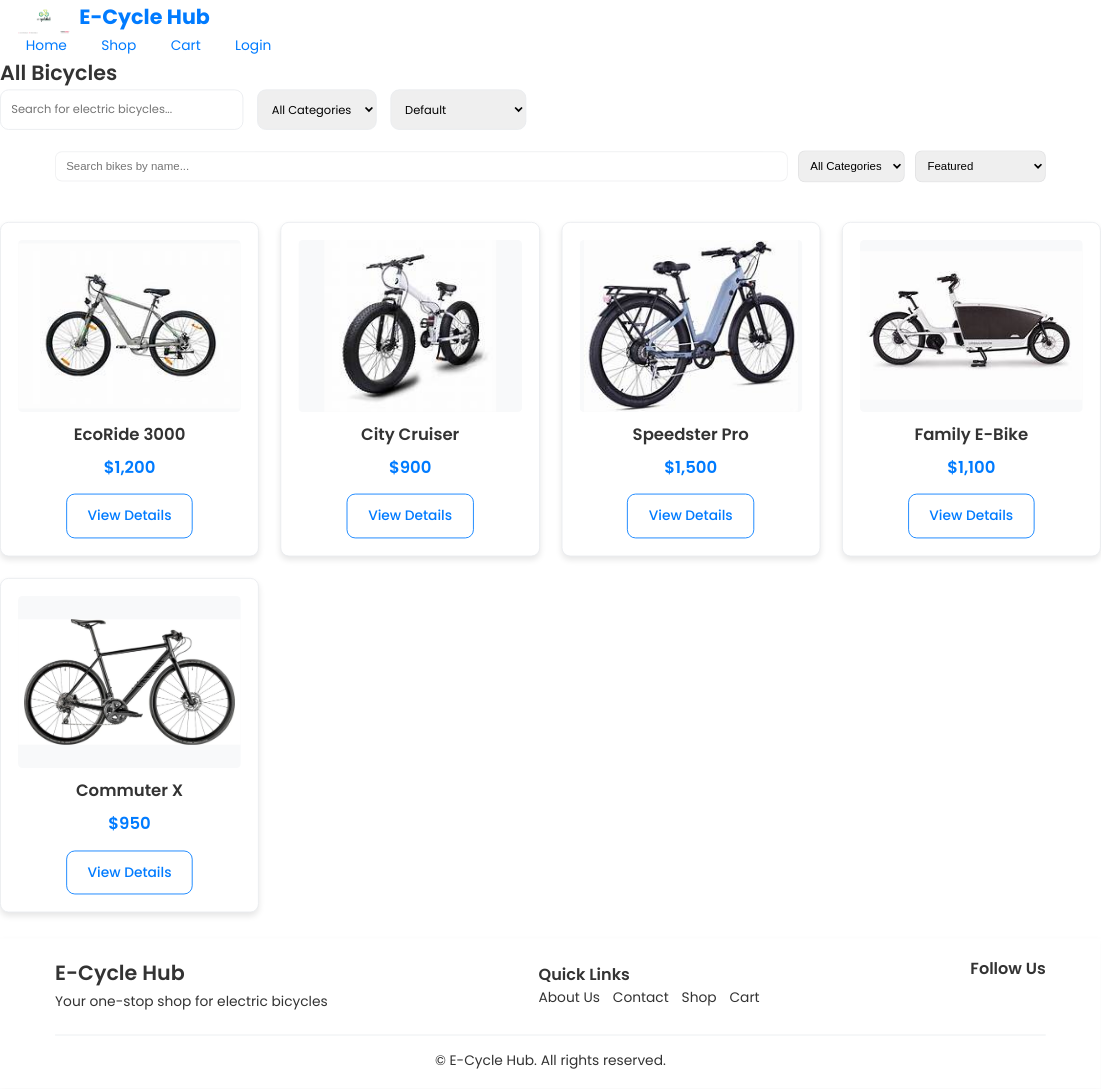
Repository: Rutuja-g/E-Cycle-Hub
Page: public/products.html
These files come from the project's save history. The page is drawn as it stood at one moment and after the next save; the edit follows.
The browser window is 1280 px wide. The pictures show the whole page, at 86% of full size.

Above is the page before, as saved 2025-10-24 15:59:53.
Console error: SyntaxError: Unexpected token 'export'

After the next save:
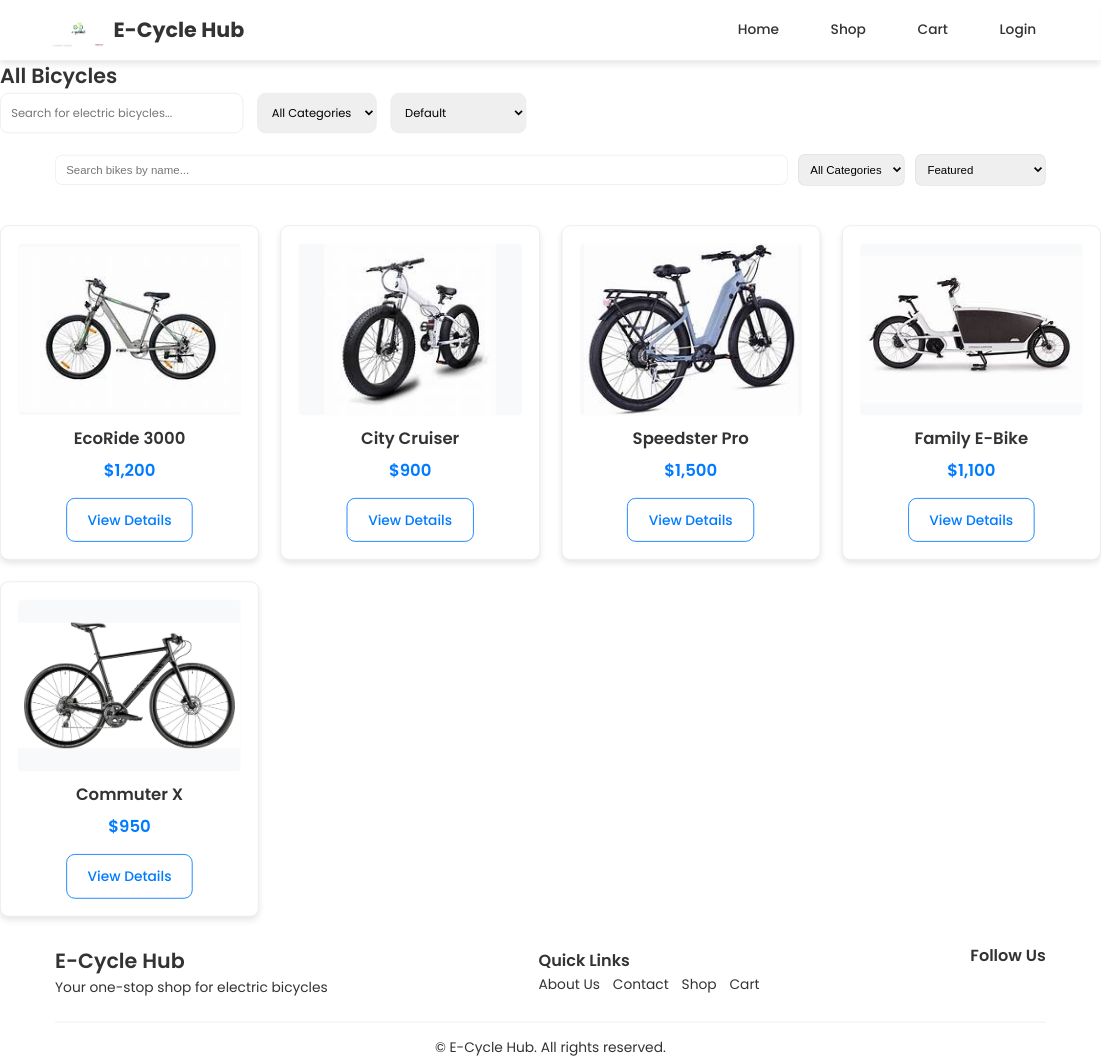
Saved 11 s later.
--- a/public/css/main.css
+++ b/public/css/main.css
@@ -38,11 +38,22 @@ a:hover {
 }
 
 /* Navbar styles */
-nav {
+.navbar {
+  background: var(--background-color);
+  box-shadow: var(--box-shadow);
+  position: sticky;
+  top: 0;
+  z-index: 1000;
+}
+
+.nav-container {
+  max-width: 1200px;
+  margin: 0 auto;
+  padding: 0 20px;
   display: flex;
   justify-content: space-between;
   align-items: center;
-  padding: 0 20px;
+  height: 70px;
 }
 
 .logo a {
@@ -51,6 +62,8 @@ nav {
   display: flex;
   align-items: center;
   gap: 10px;
+  color: var(--text-color);
+  text-decoration: none;
 }
 
 .logo img {
@@ -61,30 +74,42 @@ nav {
 .nav-links {
   list-style: none;
   display: flex;
-  gap: 20px;
-}
-
-.nav-links li a {
-  padding: 10px;
-  transition: background 0.3s;
-}
-
-.nav-links li a:hover {
-  background: rgba(76, 175, 80, 0.1);
-  border-radius: 5px;
-}
-
-.header,
-.footer {
-  background: var(--background-color);
-  padding: 20px 0;
-  box-shadow: var(--box-shadow);
-}
-
-.header {
-  position: sticky;
-  top: 0;
-  z-index: 1000;
+  gap: 30px;
+  margin: 0;
+  padding: 0;
+}
+
+.nav-links li {
+  position: relative;
+}
+
+.nav-link {
+  color: var(--text-color);
+  text-decoration: none;
+  padding: 10px 15px;
+  border-radius: var(--border-radius);
+  transition: all 0.3s ease;
+  font-weight: 500;
+}
+
+.nav-link:hover,
+.nav-link.active {
+  background: var(--primary-color);
+  color: white;
+}
+
+.nav-toggle {
+  display: none;
+  flex-direction: column;
+  cursor: pointer;
+  gap: 4px;
+}
+
+.nav-toggle span {
+  width: 25px;
+  height: 3px;
+  background: var(--text-color);
+  transition: 0.3s;
 }
 
 .main-content {
